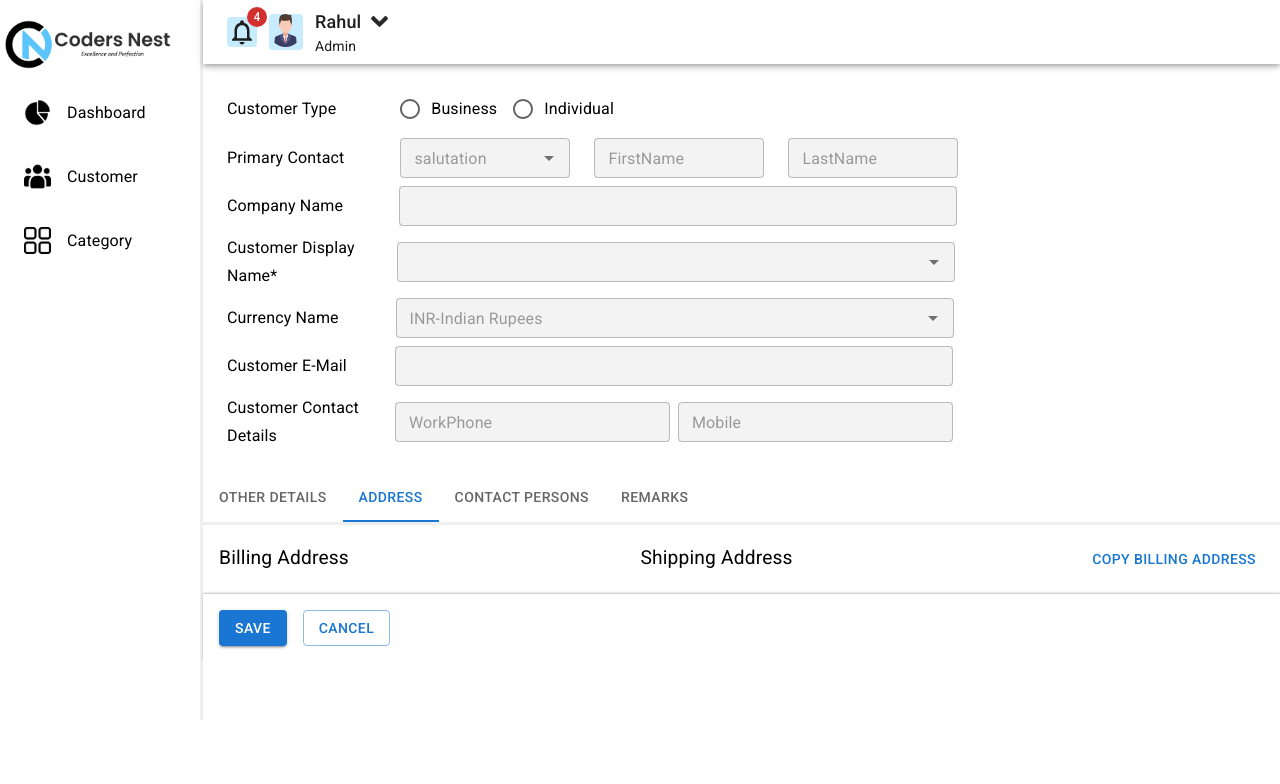
Repository: wajahadalishaik04/CN_Books
Page: /newcustomer, after clicking the first element matching `div.MuiTabs-list > :nth-child(2)`
These files come from the project's save history. The page is drawn as it stood at one moment and after a run of saves; the edit follows.
The browser window is 1280 px wide. The pictures show the whole page.
The project was rebuilt for these pictures with package versions that can differ from the ones it lists, and the page was loaded fresh each time. Also part of the build but not shown: vite.config.js, src/pages/LoginScreen.jsx, src/pages/Signin.jsx, src/pages/OtpScreen.jsx, src/pages/SignUp.jsx, src/pages/VerifyScreen.jsx, src/components/Content.jsx, src/pages/DashboardScreen.jsx and 4 more.

Above is the page before, as saved 2024-09-18 00:58:13.

### index.html
<!DOCTYPE html>
<html lang="en">
  <head>
    <meta charset="UTF-8" />
    <link rel="preconnect" href="https://fonts.googleapis.com" />
    <link rel="preconnect" href="https://fonts.gstatic.com" crossorigin />
    <link
      rel="stylesheet"
      href="https://fonts.googleapis.com/css2?family=Roboto:wght@300;400;500;700&display=swap"
    />

    <meta name="viewport" content="width=device-width, initial-scale=1.0" />
    <title>CN_BOOKS</title>
  </head>
  <body>

    <div id="root"></div>
    <script type="module" src="/src/main.jsx"></script>
  </body>
</html>

### src/main.jsx
import { createRoot } from 'react-dom/client'
import App from './App.jsx'
import { Provider } from 'react-redux'
import store from './store/store.js'
import './styles/index.css'
createRoot(document.getElementById('root')).render(
 <Provider store={store}>
   <App />
 </Provider>
)

### src/App.jsx
import React from "react";
import LoginScreen from "./pages/LoginScreen";
import { BrowserRouter, Routes, Route, Navigate } from "react-router-dom";
import Signin from "./pages/Signin";
import { useSelector } from "react-redux";
import OtpScreen from "./pages/OtpScreen";
import SignUp from "./pages/SignUp";
import VerifyScreen from "./pages/VerifyScreen";
import DashboardScreen from "./pages/DashboardScreen";
import SideBar from "./components/SideBar";
import Header from "./components/Header";
import Customer from "./pages/Customer";
import WrapComponent from "./pages/WrapComponent";
import Category from "./pages/Category";
import NewCustomer from "./pages/customerscreens/NewCustomer";

const App = () => {
  const { user } = useSelector((e) => e.userReducer);
  return (
    <>
      <BrowserRouter>
        <Routes>
          <Route element={<WrapComponent />}>
            <Route path="/dashboardscreen" element={<DashboardScreen />} />
            <Route path="/customer" element={<Customer />} />
            <Route path="/category" element={<Category />} />
            <Route path="/newcustomer" element={<NewCustomer />} />

          </Route>
          <Route
            path="/"
            element={<Navigate to={user ? "/signin" : "/LoginScreen"} />}
          />
          <Route
            path="/signin"
            element={user ? <Navigate to={"/dashboardscreen"} /> : <Signin />}
          />
          <Route path="/loginscreen" element={<LoginScreen />} />
          <Route path="/otpscreen" element={<OtpScreen />} />
          <Route path="/signup" element={<SignUp />} />
          <Route path="/verifyscreen" element={<VerifyScreen />} />
        </Routes>
      </BrowserRouter>
    </>
  );
};

export default App;

### src/styles/index.css
*
{
    margin: 0;
    padding: 0;
    border: none;

}

### src/pages/WrapComponent.jsx
import { Box } from "@mui/material";
import React from "react";
import SideBar from "../components/SideBar";
import Header from "../components/Header";
import { Outlet } from "react-router-dom";

const WrapComponent = () => {
  return (
    <>
      <Box sx={{ display: "flex" }}>
        <SideBar />
        <Box flex={1}>
          <Header />
          <Outlet/>
        </Box>
      </Box>
    </>
  );
};

export default WrapComponent;

### src/pages/customerscreens/NewCustomer.jsx
import { BorderColor, CloudUpload } from "@mui/icons-material";
import {
  Box,
  Typography,
  Button,
  Tabs,
  Tab,
  FormControl,
  InputLabel,
  Select,
  MenuItem,
  TextField,
  RadioGroup,
  FormControlLabel,
  Radio,
  Autocomplete,
  styled,
  Checkbox,
} from "@mui/material";
import React, { useState } from "react";
import { Link } from "react-router-dom";


const NewCustomer = () => {
  const StyledTextField = styled(TextField)({
    backgroundColor: "#F3F3F3",
    color: "#939393",

    "&:hover": {
      backgroundColor: "#F3F3F3",
    },
    "& .MuiOutlinedInput-root": {
      "&.Mui-focused": {
        backgroundColor: "#EBF9FF", // Focused background color
        borderColor: "#5BC4FA", // Focused border color
      },
    },
  });

  // customer Type Radio
  const [value, setValue] = React.useState("");
  const handleChange = (event) => {
    setValue(event.target.value);
  };
  // primary contact:salutaion Inputfield
  const salutationOpt = ["Salutation1", "Salutation2"];
  const salutationName = {
    options: salutationOpt,
    getOptionLabel: (option) => option,
  };
  // customer Display Name Inputfield
  const customerDisplayNameOpt = ["Usman", "Ameeruddin"];
  const customerDisplayName = {
    options: customerDisplayNameOpt,
    getOptionLabel: (option) => option,
  };
  // currency Name Inputfield
  const currencyNameOpt = ["INR-Indian Rupees", "USD-United State Dollar"];
  const currencyName = {
    options: currencyNameOpt,
    getOptionLabel: (option) => option,
  };

  // Gst Treatment Name Inputfield
  const GstTreatmentNameOpt = ["OFFLINE", "ONLINE"];
  const GstTreatmentName = {
    options: GstTreatmentNameOpt,
    getOptionLabel: (option) => option,
  };
  // place Of Supply Name Inputfield
  const placeofSupplyNameOpt = ["ANDHRAPRADESH", "GUJARAT", "TAMILNADU"];
  const placeofSupplyName = {
    options: placeofSupplyNameOpt,
    getOptionLabel: (option) => option,
  };
  // Tax Exempt Type Radio
  const [taxvalue, setTaxValue] = React.useState("");
  const taxhandleChange = (event) => {
    setTaxValue(event.target.value);
  };
  // payment Terms Inputfield
  const paymentTermsOpt = ["30days", "60days"];
  const paymentTerms = {
    options: paymentTermsOpt,
    getOptionLabel: (option) => option,
  };
  // portal Language Inputfield
  const portalLanguageOpt = ["English", "Hindi", "Tamil", "Urdu"];
  const portalLanguage = {
    options: portalLanguageOpt,
    getOptionLabel: (option) => option,
  };
  // documents upload
  const VisuallyHiddenInput = styled("input")({
    clip: "rect(0 0 0 0)",
    clipPath: "inset(50%)",
    height: 1,
    overflow: "hidden",
    position: "absolute",
    bottom: 0,
    left: 0,
    whiteSpace: "nowrap",
    width: 1,
  });

  // menu Tabs section
  const [tabsValue, setTabsValue] = useState(0);

  const handleTabChange = (event, newValue) => {
    setTabsValue(newValue);
  };

  return (
    <Box sx={{ display: "flex", height: "100vh" }}>
      <Box sx={{ flexGrow: 1 }}>
        <Box padding={3}>
          {/* Customer Type */}
          <Box sx={{ display: "flex", gap: 8, alignItems: "center" }}>
            <Typography>Customer Type</Typography>
            <FormControl>
              <RadioGroup row value={value} onChange={handleChange}>
                <FormControlLabel
                  value="Business"
                  control={<Radio />}
                  label="Business"
                />
                <FormControlLabel
                  value="Individual"
                  control={<Radio />}
                  label="Individual"
                />
              </RadioGroup>
            </FormControl>
          </Box>
          {/* primary Contact Input Field */}
          <Box
            sx={{
              display: "flex",
              mt: 1,
              alignItems: "center",
              gap: 7,
              fontWeight: 400,
            }}
          >
            <Typography variant="subtitle1">Primary Contact</Typography>
            <Box
              sx={{ display: "flex", justifyContent: "space-between", gap: 3 }}
            >
              <Autocomplete
                size="small"
                {...salutationName}
                id="salutationName"
                disableClearable
                renderInput={(params) => (
                  <StyledTextField
                    sx={{ width: 170 }}
                    size="small"
                    placeholder="salutation"
                    {...params}
                    variant="outlined"
                  />
                )}
              />
              <StyledTextField
                size="small"
                sx={{ width: 170 }}
                placeholder="FirstName"
              />
              <StyledTextField
                size="small"
                sx={{ width: 170 }}
                placeholder="LastName"
              />
            </Box>
          </Box>
          {/* company Name Input Field */}
          <Box
            sx={{
              display: "flex",
              mt: 1,
              alignItems: "center",
              gap: 7,
              fontWeight: 400,
            }}
          >
            <Typography variant="subtitle1">Company Name</Typography>
            <Box width={558}>
              <StyledTextField fullWidth size="small" />
            </Box>
          </Box>
          {/* customer Display Name Input Field  */}
          <Box
            sx={{
              display: "flex",
              mt: 1,
              alignItems: "center",
              gap: 5.3,
              fontWeight: 400,
            }}
          >
            <Typography variant="subtitle1">
              Customer Display<br></br> Name*
            </Typography>
            <Box width={558}>
              <Autocomplete
                size="small"
                {...customerDisplayName}
                id="customerDisplayName"
                disableClearable
                renderInput={(params) => (
                  <StyledTextField
                    fullWidth
                    size="small"
                    {...params}
                    variant="outlined"
                  />
                )}
              />
            </Box>
          </Box>
          {/* Currency Input Field */}
          <Box
            sx={{
              display: "flex",
              mt: 1,
              alignItems: "center",
              gap: 7.1,
              fontWeight: 400,
            }}
          >
            <Typography variant="subtitle1">Currency Name</Typography>
            <Box width={558}>
              <Autocomplete
                size="small"
                {...currencyName}
                id="currencyName"
                disableClearable
                renderInput={(params) => (
                  <StyledTextField
                    placeholder="INR-Indian Rupees"
                    fullWidth
                    size="small"
                    {...params}
                    variant="outlined"
                  />
                )}
              />
            </Box>
          </Box>
          {/* Customer E-mail Input Field */}
          <Box
            sx={{
              display: "flex",
              mt: 1,
              alignItems: "center",
              gap: 6,
              fontWeight: 400,
            }}
          >
            <Typography variant="subtitle1">Customer E-Mail</Typography>
            <Box width={558}>
              <StyledTextField fullWidth size="small" />
            </Box>
          </Box>
          {/* Customer Contact Details Input Field */}
          <Box
            sx={{
              display: "flex",
              mt: 1,
              alignItems: "center",
              gap: 4.5,
              fontWeight: 400,
            }}
          >
            <Typography variant="subtitle1">
              Customer Contact<br></br> Details
            </Typography>
            <Box width={558} display={"flex"} gap={1}>
              <StyledTextField
                size="small"
                sx={{ width: 279 }}
                placeholder="WorkPhone"
              />
              <StyledTextField
                size="small"
                sx={{ width: 279 }}
                placeholder="Mobile"
              />
            </Box>
          </Box>
        </Box>
        {/* Tab Section */}
        <Tabs
          sx={{ borderBottom: "3px solid #EFEFEF" }}
          value={tabsValue}
          onChange={handleTabChange}
        >
          <Tab label="Other Details" />
          <Tab label="Address" />
          <Tab label="Contact Persons" />
          <Tab label="Remarks" />
        </Tabs>
        {tabsValue === 0 && (
          <Box sx={{ padding: 2 }}>
            {/* GST Treatment */}
            <Box
              sx={{
                display: "flex",
                mt: 1,
                alignItems: "center",
                gap: 7.1,
                fontWeight: 400,
              }}
            >
              <Typography variant="subtitle1">Gst Treatment*</Typography>
              <Box width={558}>
                <Autocomplete
                  size="small"
                  {...GstTreatmentName}
                  id="GstTreatmentName"
                  disableClearable
                  renderInput={(params) => (
                    <StyledTextField
                      placeholder="Select a GST treatment"
                      fullWidth
                      size="small"
                      {...params}
                      variant="outlined"
                    />
                  )}
                />
              </Box>
            </Box>
            {/* Place of Supply */}
            <Box
              sx={{
                display: "flex",
                mt: 1,
                alignItems: "center",
                gap: 6,
                fontWeight: 400,
              }}
            >
              <Typography variant="subtitle1">Place of Supply*</Typography>
              <Box width={558}>
                <Autocomplete
                  size="small"
                  {...placeofSupplyName}
                  id="placeofSupplyName"
                  disableClearable
                  renderInput={(params) => (
                    <StyledTextField
                      required
                      fullWidth
                      size="small"
                      {...params}
                      variant="outlined"
                    />
                  )}
                />
              </Box>
            </Box>
            {/* pan Input field */}

            <Box
              sx={{
                display: "flex",
                mt: 1,
                alignItems: "center",
                gap: 17.3,
                fontWeight: 400,
              }}
            >
              <Typography variant="subtitle1">Pan</Typography>
              <Box width={558}>
                <StyledTextField fullWidth size="small" />
              </Box>
            </Box>
            {/* Tax Preference Input Field */}
            <Box sx={{ display: "flex", gap: 7, mt: 1, alignItems: "center" }}>
              <Typography>Tax Preference*</Typography>
              <FormControl>
                <RadioGroup row value={taxvalue} onChange={taxhandleChange}>
                  <FormControlLabel
                    value="Business"
                    control={<Radio />}
                    label="Taxable"
                  />
                  <FormControlLabel
                    value="Individual"
                    control={<Radio />}
                    label="Tax Exempt"
                  />
                </RadioGroup>
              </FormControl>
            </Box>
            {/* payment Terms input field */}
            <Box
              sx={{
                display: "flex",
                mt: 1,
                alignItems: "center",
                gap: 6.5,
                fontWeight: 400,
              }}
            >
              <Typography variant="subtitle1">Payment Terms</Typography>
              <Box width={558}>
                <Autocomplete
                  size="small"
                  {...paymentTerms}
                  id="paymentTerms"
                  disableClearable
                  renderInput={(params) => (
                    <StyledTextField
                      placeholder="Due on Receipt"
                      fullWidth
                      size="small"
                      {...params}
                      variant="outlined"
                    />
                  )}
                />
              </Box>
            </Box>
            {/* Enable portal Access */}
            <Box sx={{ display: "flex", gap: 8, mt: 1, alignItems: "center" }}>
              <Typography>Enable Portal?</Typography>
              <FormControlLabel
                sx={{ color: "#939393" }}
                control={<Checkbox />}
                label="Allow Portal access for this customer"
              />
            </Box>
            {/* Portal Language */}
            <Box
              sx={{
                display: "flex",
                mt: 1,
                alignItems: "center",
                gap: 6,
                fontWeight: 400,
              }}
            >
              <Typography variant="subtitle1">portal Language </Typography>
              <Box width={558}>
                <Autocomplete
                  size="small"
                  {...portalLanguage}
                  id="portalLanguage"
                  disableClearable
                  renderInput={(params) => (
                    <StyledTextField
                      placeholder="Select Portal Language"
                      fullWidth
                      size="small"
                      {...params}
                      variant="outlined"
                    />
                  )}
                />
              </Box>
            </Box>
            {/* Upload Documents */}
            <Box
              sx={{
                display: "flex",
                mt: 2,
                alignItems: "center",
                gap: 11,
                fontWeight: 400,
              }}
            >
              <Typography variant="subtitle1">Documents </Typography>
              <Box display={"flex"} flexDirection={"column"}>
                <Button
                  sx={{
                    width: 180,
                    backgroundColor: "#F3F3F3",
                    color: "#939393",
                  }}
                  component="label"
                  role={undefined}
                  variant="contained"
                  tabIndex={-1}
                  startIcon={<CloudUpload />}
                >
                  Upload files
                  <VisuallyHiddenInput
                    type="file"
                    onChange={(event) => console.log(event.target.files)}
                    multiple
                  />
                </Button>
                <Typography variant="caption" color="#939393">
                  You can upload the maximum of 3 files, 10MB each
                </Typography>
              </Box>
            </Box>
            {/* website url Document */}

            <Box
              sx={{
                display: "flex",
                mt: 1,
                alignItems: "center",
                gap: 10.5,
                fontWeight: 400,
              }}
            >
              <Typography variant="subtitle1">Documents</Typography>
              <Box width={558}>
                <StyledTextField
                  placeholder="Website Url"
                  type="url"
                  fullWidth
                  size="small"
                />
              </Box>
            </Box>
            {/* Department InputField */}
            <Box
              sx={{
                display: "flex",
                mt: 1.5,
                alignItems: "center",
                gap: 10,
                fontWeight: 400,
              }}
            >
              <Typography variant="subtitle1">Department</Typography>
              <Box width={558}>
                <StyledTextField

                  fullWidth
                  size="small"
                />
              </Box>
            </Box>
            {/* customer Owner */}
            <Box
              sx={{
                display: "flex",
                mt: 4,
                marginBottom:3,

                alignItems: "center",
                gap:5,
                fontWeight: 400,
              }}
            >
              <Typography variant="subtitle1">Customer Owner:</Typography>
              <Box  sx={{display:"flex", alignItems:"center"}}>
                <Typography color="#939393"  variant="caption">Assign a user as the customer owner to provide access only to the data of this customer.<Box component={Link} sx={{color:"#5BC4FA",textDecoration:"none"}}>Learn more</Box></Typography>
              </Box>
            </Box>
          </Box>
        )}
        {tabsValue === 1 && (
          <Box sx={{ padding: 2 }}>
           {/* Billing & shipping Address */}
           <Box sx={{display:"flex",justifyContent:"space-between"}}>
            <Typography variant="subtitle1"fontSize={"1.2rem"}>Billing Address</Typography>
            <Typography variant="subtitle1"fontSize={"1.2rem"}>Shipping Address</Typography>
            <Button variant="text">Copy billing Address </Button>
            </Box>
          </Box>
        )}
        {/* footerButtons */}
        <Box sx={{ display: "flex",p:2,boxShadow:"0 -1px 2px #00000040" }}>
          <Button variant="contained" sx={{ marginRight: 2 }}>
            Save
          </Button>
          <Button variant="outlined">Cancel</Button>
        </Box>
      </Box>
    </Box>
  );
};

export default NewCustomer;

Loaded but not shown: src/utils/ImgUtils.js (33 lines, source omitted); src/store/reducer.js (9 lines, source omitted); src/store/store.js (7 lines, source omitted); src/components/Header.jsx (82 lines, source omitted); src/components/SideBar.jsx (103 lines, source omitted)

After the next 7 saves:
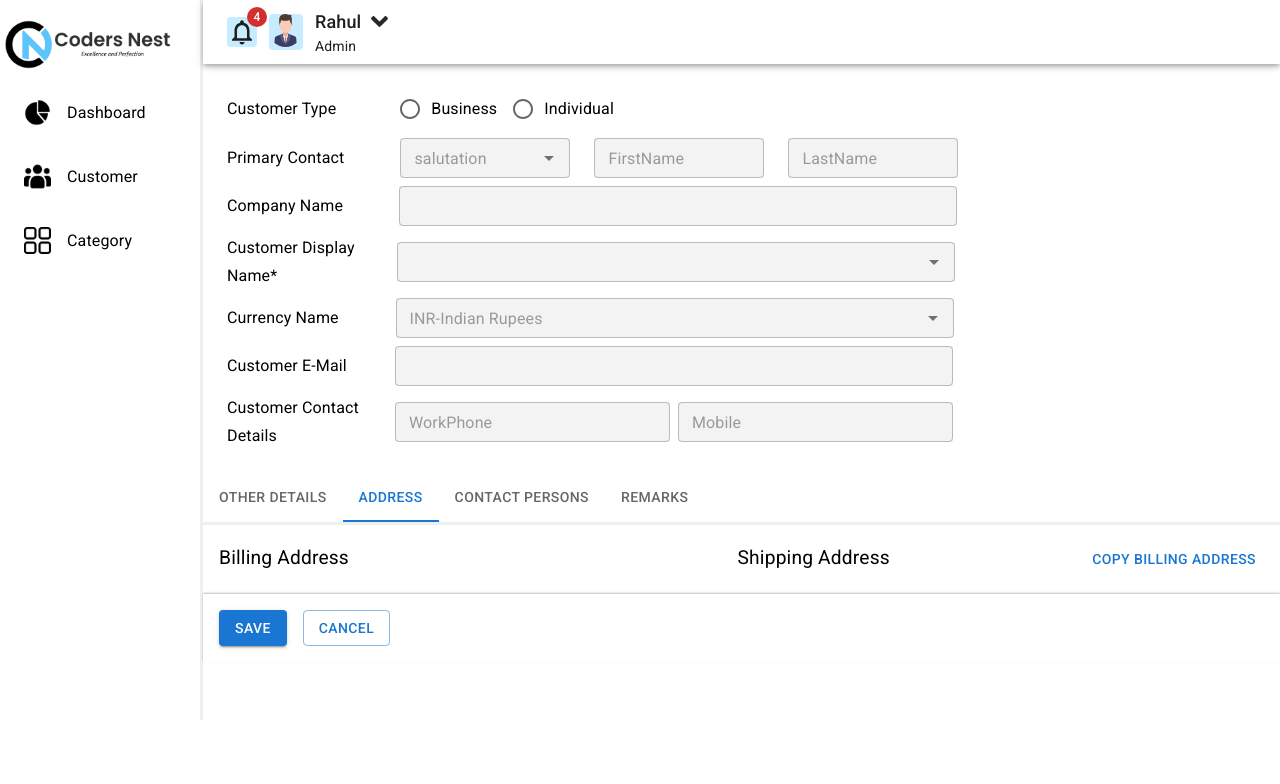
The 7 saves are shown as one change because 2 did not build or start and some came seconds apart.
The last was saved 114 s later.
--- a/src/pages/customerscreens/NewCustomer.jsx
+++ b/src/pages/customerscreens/NewCustomer.jsx
@@ -561,6 +561,9 @@ const NewCustomer = () => {
            {/* Billing & shipping Address */}
            <Box sx={{display:"flex",justifyContent:"space-between"}}>
             <Typography variant="subtitle1"fontSize={"1.2rem"}>Billing Address</Typography>
+            <Box>
+
+            </Box>
             <Typography variant="subtitle1"fontSize={"1.2rem"}>Shipping Address</Typography>
             <Button variant="text">Copy billing Address </Button>
             </Box>
